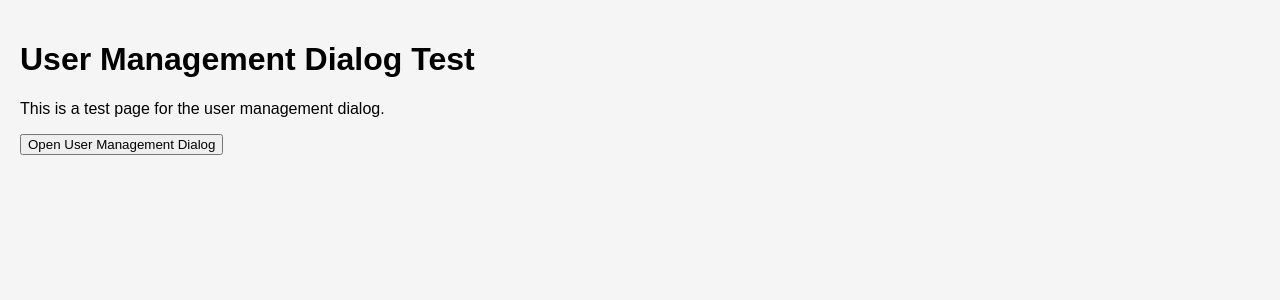
Repository: jeedee23/checklistrepo
Page: checklists/code/test-user-dialog.html
The author's editor kept a copy of each file at every save. The page is drawn from the files as they stood at one save, then again after the next save.
The browser window is 1280 px wide. The pictures show the whole page.

Above is the page before, as saved 2025-07-04 00:29:57.
Console error (its wording comes from the project's code and is left out).

### checklists/code/test-user-dialog.html
<!DOCTYPE html>
<html lang="en">
<head>
    <meta charset="UTF-8">
    <meta name="viewport" content="width=device-width, initial-scale=1.0">
    <title>User Management Dialog Test</title>
    <link rel="stylesheet" href="../css/style.css">
    <link rel="stylesheet" href="../css/menu.css">
</head>
<body>
    <div style="padding: 20px;">
        <h1>User Management Dialog Test</h1>
        <p>This is a test page for the user management dialog.</p>
        <button id="test-user-dialog">Open User Management Dialog</button>
    </div>

    <script type="module">
        import { showUserManagementDialog } from './js/user-management.js';

        document.getElementById('test-user-dialog').addEventListener('click', () => {
            showUserManagementDialog();
        });
    </script>
</body>
</html>

### checklists/css/menu.css
/* Menu Bar Styles */
.menu-bar {
  background-color: #f8f8f8;
  border-bottom: 1px solid #ddd;
  position: relative;
  height: 36px;
  user-select: none;
}

/* Error Toast Notification */
.error-toast {
  position: fixed;
  top: 50px;
  right: 20px;
  background-color: #f44336;
  color: white;
  padding: 15px 20px;
  border-radius: 4px;
  box-shadow: 0 2px 10px rgba(0,0,0,0.2);
  z-index: 9999;
  max-width: 300px;
  animation: fadeInOut 5s forwards;
}

/* Success Toast Notification */
.success-toast {
  position: fixed;
  top: 50px;
  right: 20px;
  background-color: #4caf50;
  color: white;
  padding: 15px 20px;
  border-radius: 4px;
  box-shadow: 0 2px 10px rgba(0,0,0,0.2);
  z-index: 9999;
  max-width: 300px;
  animation: fadeInOut 5s forwards;
}

@keyframes fadeInOut {
  0% { opacity: 0; transform: translateY(-20px); }
  10% { opacity: 1; transform: translateY(0); }
  90% { opacity: 1; transform: translateY(0); }
  100% { opacity: 0; transform: translateY(-20px); }
}

.menu-items {
  display: flex;
  list-style: none;
  margin: 0;
  padding: 0;
  height: 100%;
}

.menu-item {
  position: relative;
  height: 100%;
}

.menu-trigger {
  display: inline-block;
  padding: 0 1rem;
  line-height: 36px;
  color: #333;
  text-decoration: none;
  font-size: 0.9rem;
}

.menu-trigger:hover,
.menu-item.active .menu-trigger {
  background-color: #e0e0e0;
}

.dropdown-menu,
.submenu {
  position: absolute;
  top: 100%;
  left: 0;
  display: none;
  min-width: 200px;
  background: white;
  border: 1px solid #ccc;
  box-shadow: 0 2px 8px rgba(0,0,0,0.15);
  z-index: 1000;
  padding: 4px 0;
}

.menu-item:hover > .dropdown-menu,
li:hover > .submenu {
  display: block;
}

.dropdown-menu li {
  position: relative;
}

.dropdown-menu a {
  display: block;
  padding: 0.5rem 1rem;
  text-decoration: none;
  color: #333;
  font-size: 0.9rem;
}

.dropdown-menu a:hover {
  background-color: #f0f0f0;
}

.submenu {
  left: 100%;
  top: 0;
}

.submenu-trigger::after {
  content: "›";
  position: absolute;
  right: 10px;
}

.shortcut {
  position: absolute;
  right: 10px;
  color: #666;
  font-size: 0.8rem;
}

.menu-separator {
  height: 1px;
  background-color: #e0e0e0;
  margin: 4px 0;
}

/* Disabled menu items */
a.disabled {
  color: #aaa;
  pointer-events: none;
}

/* Admin only items */
.admin-only {
  display: none; /* Hidden by default, JS will show for admin users */
}

/* App container */
#app-wrapper {
  display: flex;
  flex-direction: column;
}

/* List type icon */
.list-type-icon {
  font-size: 1.5rem;
  margin-left: 0.75rem;
}

/* User badge */
.user-badge {
  padding: 0.25rem 0.5rem;
  background: #f0f0f0;
  border-radius: 4px;
  text-decoration: none;
  color: inherit;
}

/* Tool-specific styles */
/* Modal dialogs */
.modal {
  display: none;
  position: fixed;
  z-index: 1000;
  left: 0;
  top: 0;
  width: 100%;
  height: 100%;
  background-color: rgba(0,0,0,0.4);
  overflow: auto;
}

.modal-content {
  background-color: #fefefe;
  margin: 10% auto;
  padding: 0;
  border: 1px solid #888;
  box-shadow: 0 4px 8px rgba(0,0,0,0.1);
  width: 80%;
  max-width: 600px;
  border-radius: 4px;
}

.wide-modal {
  max-width: 80%;
}

.modal-header {
  padding: 1rem;
  background-color: #f8f8f8;
  border-bottom: 1px solid #ddd;
  position: relative;
}

.modal-header h2 {
  margin: 0;
  font-size: 1.25rem;
}

.modal-body {
  padding: 1rem;
}

.modal-footer {
  padding: 1rem;
  border-top: 1px solid #ddd;
  text-align: right;
}

.close {
  position: absolute;
  top: 1rem;
  right: 1rem;
  font-size: 1.5rem;
  cursor: pointer;
}

/* Modal Dialog */
.modal-dialog {
  position: fixed;
  top: 50%;
  left: 50%;
  transform: translate(-50%, -50%);
  background-color: white;
  border-radius: 4px;
  box-shadow: 0 2px 20px rgba(0, 0, 0, 0.3);
  z-index: 1002;
  min-width: 400px;
  max-width: 80vw;
  max-height: 80vh;
  overflow: auto;
}

.modal-header {
  padding: 12px 20px;
  background-color: #f5f5f5;
  border-bottom: 1px solid #ddd;
  display: flex;
  justify-content: space-between;
  align-items: center;
}

.modal-header h3 {
  margin: 0;
  font-size: 1.2rem;
}

.modal-body {
  padding: 20px;
  max-height: 60vh;
  overflow-y: auto;
}

.modal-footer {
  padding: 12px 20px;
  background-color: #f5f5f5;
  border-top: 1px solid #ddd;
  display: flex;
  justify-content: flex-end;
  gap: 10px;
}

.close-btn {
  background: none;
  border: none;
  font-size: 1.5rem;
  cursor: pointer;
  color: #888;
}

.close-btn:hover {
  color: #333;
}

.primary-btn {
  background-color: #007bff;
  color: white;
  border: none;
  padding: 8px 16px;
  border-radius: 4px;
  cursor: pointer;
}

.primary-btn:hover {
  background-color: #0069d9;
}

.secondary-btn {
  background-color: #6c757d;
  color: white;
  border: none;
  padding: 8px 16px;
  border-radius: 4px;
  cursor: pointer;
}

.secondary-btn:hover {
  background-color: #5a6268;
}

/* Forms */
.form-group {
  margin-bottom: 1rem;
}

.form-group label {
  display: block;
  margin-bottom: 0.5rem;
}

.btn {
  padding: 0.5rem 1rem;
  background-color: #f0f0f0;
  border: 1px solid #ddd;
  border-radius: 3px;
  cursor: pointer;
}

.btn-primary {
  background-color: #4a90e2;
  border-color: #3672b0;
  color: white;
}

.btn-sm {
  padding: 0.25rem 0.5rem;
  font-size: 0.875rem;
}

/* Tabs */
.tabs {
  display: flex;
  border-bottom: 1px solid #ddd;
  margin-bottom: 1rem;
}

.tab {
  padding: 0.5rem 1rem;
  cursor: pointer;
  border-bottom: 2px solid transparent;
}

.tab.active {
  border-bottom: 2px solid #4a90e2;
  font-weight: bold;
}

.tab-pane {
  display: none;
}

.tab-pane.active {
  display: block;
}

/* Tables */
.fields-table,
.totals-table,
.rasci-table {
  width: 100%;
  border-collapse: collapse;
  margin-bottom: 1rem;
}

.fields-table th,
.fields-table td,
.totals-table th,
.totals-table td,
.rasci-table th,
.rasci-table td {
  padding: 0.5rem;
  border: 1px solid #ddd;
}

.fields-table th,
.totals-table th,
.rasci-table th {
  background-color: #f8f8f8;
  text-align: left;
}

.total-value {
  text-align: right;
  font-weight: bold;
}

/* Color picker */
.color-picker-container {
  display: flex;
  flex-direction: column;
  gap: 1rem;
}

.color-preview {
  width: 100%;
  height: 2rem;
  border: 1px solid #ddd;
  margin-bottom: 0.5rem;
}

.color-sliders {
  display: flex;
  flex-direction: column;
  gap: 0.5rem;
}

.color-slider {
  display: flex;
  align-items: center;
  gap: 0.5rem;
}

.color-swatches {
  display: flex;
  flex-wrap: wrap;
  gap: 0.5rem;
}

.color-swatch {
  width: 1.5rem;
  height: 1.5rem;
  border-radius: 3px;
  border: 1px solid #ddd;
  cursor: pointer;
}

.color-swatch.transparent {
  background-image: linear-gradient(45deg, #eee 25%, transparent 25%, transparent 75%, #eee 75%),
                    linear-gradient(45deg, #eee 25%, transparent 25%, transparent 75%, #eee 75%);
  background-size: 10px 10px;
  background-position: 0 0, 5px 5px;
}

/* RASCI Matrix */
.task-column {
  min-width: 200px;
}

.rasci-cell {
  text-align: center;
  font-weight: bold;
}

.rasci-cell.has-role {
  background-color: #e6f3ff;
}

.rasci-legend {
  margin-top: 2rem;
  padding: 1rem;
  background-color: #f9f9f9;
  border: 1px solid #eee;
  border-radius: 4px;
}

/* Timeline */
.timeline-container {
  position: relative;
  width: 100%;
  height: 300px;
  margin: 2rem 0;
  border: 1px solid #ddd;
  background-color: #fafafa;
  overflow-x: auto;
}

.timeline {
  position: relative;
  height: 250px;
  padding: 20px 0;
}

.timeline-item {
  position: absolute;
  transform: translateX(-50%);
}

.timeline-item-content {
  position: relative;
  padding: 0.5rem;
  background-color: white;
  border: 1px solid #ddd;
  border-radius: 4px;
  box-shadow: 0 2px 4px rgba(0,0,0,0.1);
  width: 150px;
}

.timeline-dot {
  display: inline-block;
  width: 12px;
  height: 12px;
  border-radius: 50%;
  background-color: #999;
  position: absolute;
  top: -16px;
  left: 50%;
  transform: translateX(-50%);
}

.timeline-months {
  position: relative;
  height: 30px;
  border-top: 1px solid #ddd;
}

.month-marker {
  position: absolute;
  transform: translateX(-50%);
  font-size: 0.8rem;
  color: #666;
  padding-top: 4px;
}

.timeline-date {
  font-size: 0.8rem;
  color: #666;
  margin: 0;
}

.timeline-label {
  font-weight: bold;
  margin: 0.25rem 0;
}

.timeline-status {
  font-size: 0.8rem;
  color: #333;
  margin: 0;
}

.status-complete {
  background-color: #4caf50;
}

.status-progress {
  background-color: #2196f3;
}

.status-pending {
  background-color: #ff9800;
}

.status-delayed {
  background-color: #f44336;
}

.timeline-legend {
  display: flex;
  flex-direction: column;
  gap: 0.5rem;
}

.legend-items {
  display: flex;
  gap: 1rem;
}

.legend-item {
  display: flex;
  align-items: center;
  gap: 0.5rem;
}

/* Progress bar */
.progress-bar-container {
  width: 100%;
  height: 1.5rem;
  background-color: #f0f0f0;
  border-radius: 4px;
  overflow: hidden;
  margin: 1rem 0;
}

.progress-bar {
  height: 100%;
  background-color: #4caf50;
}

.progress-info {
  margin-bottom: 2rem;
}

.progress-actions {
  margin-top: 1rem;
  padding-top: 1rem;
  border-top: 1px solid #eee;
}

/* About dialog */
.about-content {
  max-width: 500px;
  margin: 0 auto;
}

/* Shortcuts dialog */
.shortcuts-grid {
  display: grid;
  grid-template-columns: repeat(auto-fit, minmax(200px, 1fr));
  gap: 1.5rem;
}

.shortcuts-table {
  width: 100%;
  border-collapse: collapse;
}

.shortcuts-table td {
  padding: 0.25rem 0;
}

.shortcuts-table td:first-child {
  font-family: monospace;
  white-space: nowrap;
  padding-right: 1rem;
}

/* Checklists Dropdown Menu */
.checklists-dropdown {
  background: white;
  border: 1px solid #ccc;
  box-shadow: 0 2px 10px rgba(0,0,0,0.2);
  border-radius: 4px;
  max-height: 400px;
  overflow-y: auto;
  z-index: 1001;
}

.checklists-dropdown .dropdown-header {
  padding: 8px 10px;
  background: #f5f5f5;
  border-bottom: 1px solid #ddd;
  font-weight: bold;
  position: sticky;
  top: 0;
  z-index: 2;
}

.checklists-dropdown .dropdown-search {
  padding: 8px;
  border-bottom: 1px solid #eee;
  position: sticky;
  top: 35px;
  background: white;
  z-index: 2;
}

.checklists-dropdown .checklist-item {
  padding: 8px 10px;
  border-bottom: 1px solid #eee;
  cursor: pointer;
  transition: background-color 0.1s ease;
}

.checklists-dropdown .checklist-item:hover {
  background-color: #f0f7ff;
}

.checklists-dropdown .checklist-item:active {
  background-color: #e0e0e0;
}

.checklists-dropdown #checklist-search {
  width: 100%;
  padding: 5px;
  border: 1px solid #ccc;
  border-radius: 3px;
  box-sizing: border-box;
}

/* Responsive adjustments */
@media (max-width: 768px) {
  .menu-trigger {
    padding: 0 0.5rem;
  }

  .shortcut {
    display: none;
  }

  .modal-content {
    width: 95%;
    margin: 5% auto;
  }

  .wide-modal {
    max-width: 95%;
  }
}

Loaded but not shown: checklists/code/js/user-management.js (783 lines, source omitted); checklists/code/js/ui-notifications.js (233 lines, source omitted); checklists/css/style.css (933 lines, source omitted); checklists/code/js/constants.js (no copy from this time; the picture is the same without it)

After the next save:
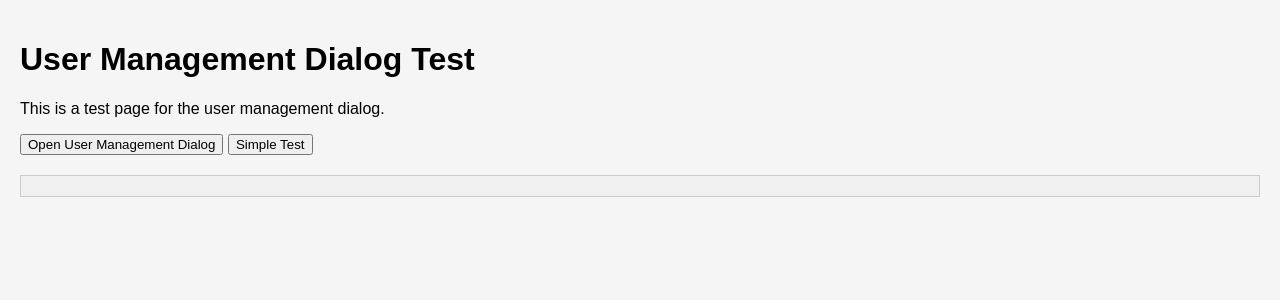
Saved 20 s later.
--- a/checklists/code/test-user-dialog.html
+++ b/checklists/code/test-user-dialog.html
@@ -12,6 +12,8 @@
         <h1>User Management Dialog Test</h1>
         <p>This is a test page for the user management dialog.</p>
         <button id="test-user-dialog">Open User Management Dialog</button>
+        <button id="test-simple">Simple Test</button>
+        <div id="test-output" style="margin-top: 20px; padding: 10px; background: #f0f0f0; border: 1px solid #ccc;"></div>
     </div>
 
     <script type="module">
